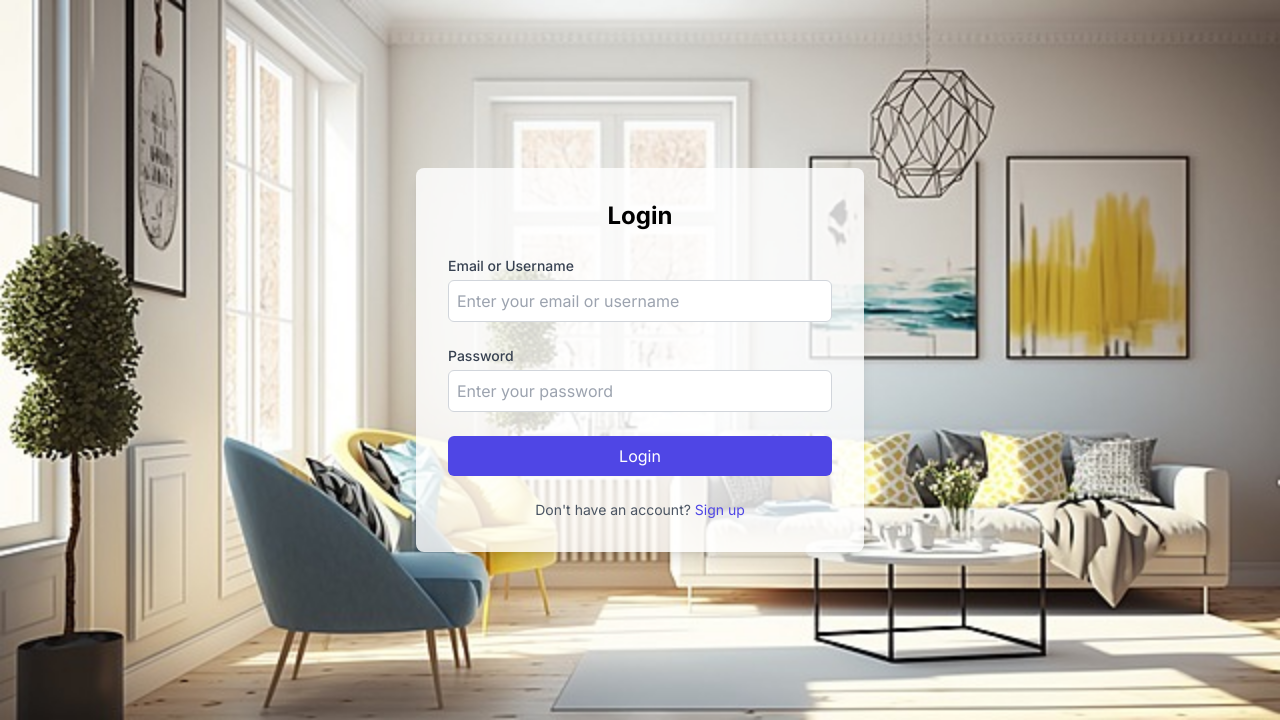
Repository: NassimeElkamari/Horizon-Housing
Page: /login
An editor plug-in stored every save of this project. The page is shown before and after the next save, followed by the edit.
The browser window is 1280 px wide. The pictures show the whole page.
The project was rebuilt for these pictures with package versions that can differ from the ones it lists, and the page was loaded fresh each time. The framework's server and built-in components were replaced by stand-ins that run in the browser. Also part of the build but not shown: next.config.mjs.

Above is the page before, as saved 2024-08-28 21:45:28.

### src/app/login/page.tsx
'use client';

import { useState } from 'react';
import { useRouter } from 'next/navigation';

const LoginPage = () => {
  const [identifier, setIdentifier] = useState(''); // can be email or username
  const [password, setPassword] = useState('');
  const [error, setError] = useState('');
  const router = useRouter();

  const handleSubmit = async (e: React.FormEvent) => {
    e.preventDefault();
    setError('');

    const response = await fetch('/api/auth/login', {
      method: 'POST',
      headers: {
        'Content-Type': 'application/json',
      },
      body: JSON.stringify({ identifier, password }),
    });

    const data = await response.json();

    if (response.ok) {
      localStorage.setItem('token', data.token);
      router.push('/dashboard');
    } else {
      setError(data.message || 'Login failed');
    }
  };

  return (
    <div className="min-h-screen bg-gray-100 flex items-center justify-center bg-cover"  style={{ backgroundImage: "url('/bg2.jpg')" }}>
      <div className="bg-white p-8 rounded-lg shadow-lg w-full max-w-md  bg-opacity-80">
        <h2 className="text-2xl font-bold mb-6 text-center">Login</h2>
        {error && <p className="text-red-500 text-center mb-4">{error}</p>}
        <form onSubmit={handleSubmit} className="space-y-6">
          <div>
            <label htmlFor="identifier" className="block text-sm font-medium text-gray-700">
              Email or Username
            </label>
            <input
              id="identifier"
              type="text"
              value={identifier}
              onChange={(e) => setIdentifier(e.target.value)}
              className="mt-1 w-full p-2 border border-gray-300 text-black rounded-md focus:ring-indigo-500 focus:border-indigo-500"
              placeholder="Enter your email or username"
              required
            />
          </div>
          <div>
            <label htmlFor="password" className="block text-sm font-medium text-gray-700">
              Password
            </label>
            <input
              id="password"
              type="password"
              value={password}
              onChange={(e) => setPassword(e.target.value)}
              className="mt-1 w-full p-2 border text-black border-gray-300 rounded-md focus:ring-indigo-500 focus:border-indigo-500"
              placeholder="Enter your password"
              required
            />
          </div>
          <button
            type="submit"
            className="w-full bg-indigo-600 text-white py-2 px-4 rounded-md hover:bg-indigo-700 focus:outline-none focus:ring-2 focus:ring-indigo-500 focus:ring-offset-2"
          >
            Login
          </button>
        </form>
        <p className="mt-6 text-center text-sm text-gray-600">
          Don't have an account?{' '}
          <a href="/register" className="text-indigo-600 hover:text-indigo-500">
            Sign up
          </a>
        </p>
      </div>
    </div>
  );
};

export default LoginPage;

Loaded but not shown: src/app/layout.tsx (common file); src/app/globals.css (common file); tailwind.config.ts (common file)

After the next save:
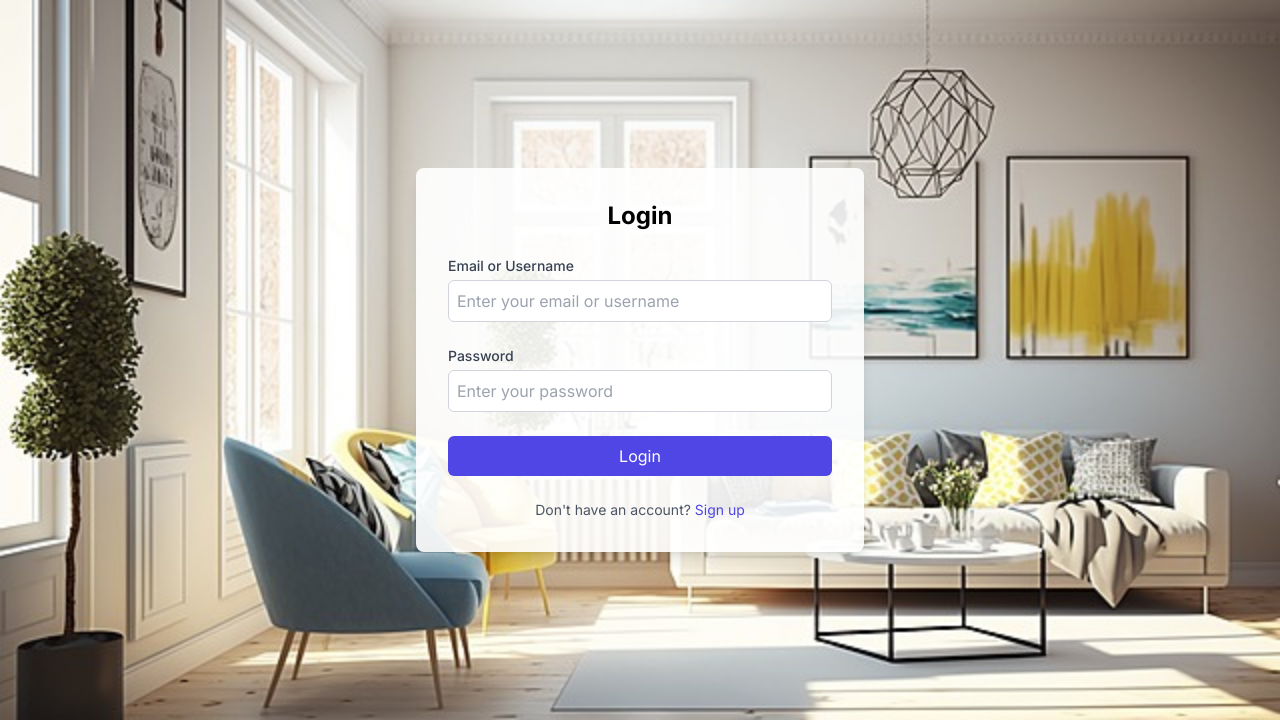
Saved 13 s later.
--- a/src/app/login/page.tsx
+++ b/src/app/login/page.tsx
@@ -33,7 +33,7 @@ const LoginPage = () => {
 
   return (
     <div className="min-h-screen bg-gray-100 flex items-center justify-center bg-cover"  style={{ backgroundImage: "url('/bg2.jpg')" }}>
-      <div className="bg-white p-8 rounded-lg shadow-lg w-full max-w-md  bg-opacity-80">
+      <div className="bg-white p-8 rounded-lg shadow-lg w-full max-w-md  bg-opacity-90">
         <h2 className="text-2xl font-bold mb-6 text-center">Login</h2>
         {error && <p className="text-red-500 text-center mb-4">{error}</p>}
         <form onSubmit={handleSubmit} className="space-y-6">
